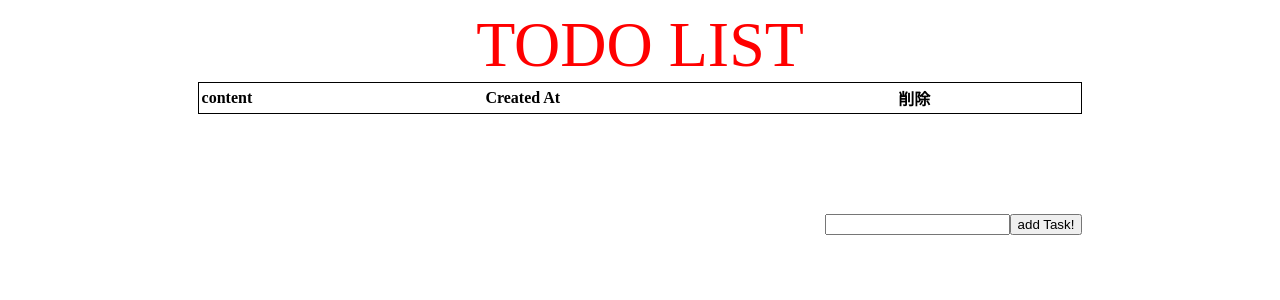
Repository: WistreHosshii/hacathon_todolList
Page: /
The author's editor kept a copy of each file at every save. The page is drawn from the files as they stood at one save, then again after the next save.
The browser window is 1280 px wide. The pictures show the whole page.
The page's requests for data from a server got no answer. The project was rebuilt for these pictures with package versions that can differ from the ones it lists, and the page was loaded fresh each time. No one was signed in, and anything a server would have sent is missing.

Above is the page before, as saved 2019-06-11 00:26:15.

After the next save:
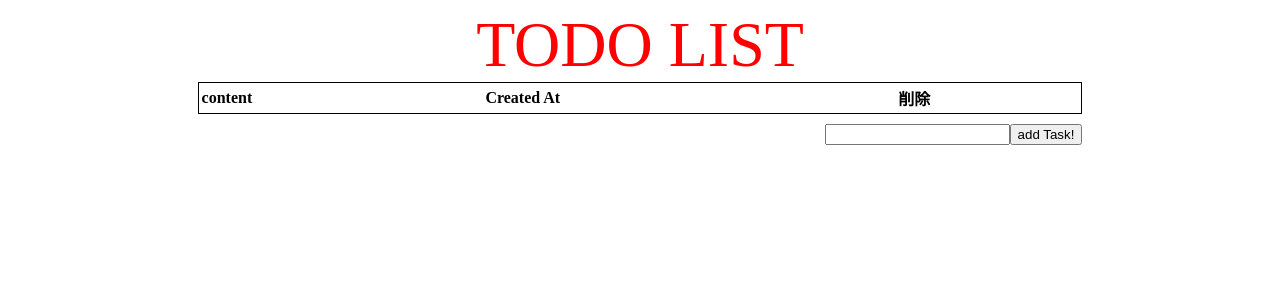
Saved 4 s later.
--- a/App.tsx
+++ b/App.tsx
@@ -18,7 +18,7 @@ const JobTable = styled.table`
   border: solid 1px black;
 `;
 const Button = styled.div`
-  margin-top: 100px;
+  margin-top: 10px;
   float: right;
 `;
 const TableWrapper = styled.div`
